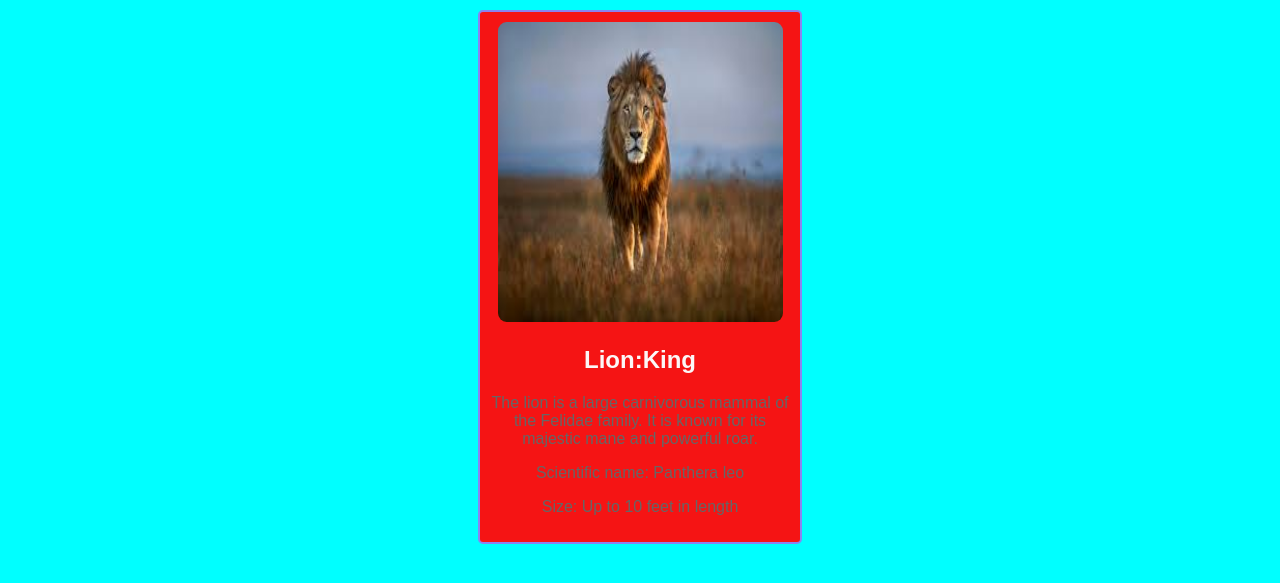
Repository: KingBoyMaylow/Animal-trading-card
Page: index.html
An editor plug-in stored every save of this project. The page is shown before and after a run of saves, followed by the edit.
The browser window is 1280 px wide. The pictures show the whole page.

Above is the page before, as saved 2024-05-13 22:13:40.

After the next 2 saves:
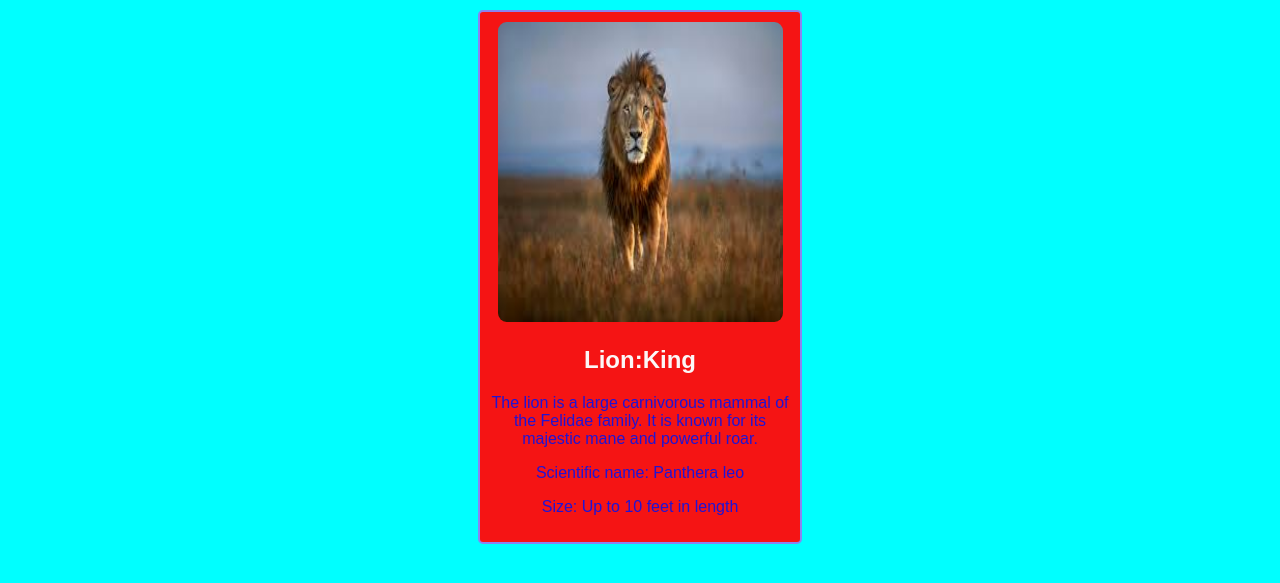
The 2 saves are shown as one change because they came seconds apart.
The last was saved 27 s later.
--- a/index.html
+++ b/index.html
@@ -29,7 +29,7 @@
         color: #fcf7f7;
     }
     .card p {
-        color: #666;
+        color: #2014d4;
     }
 </style>
 </head>
